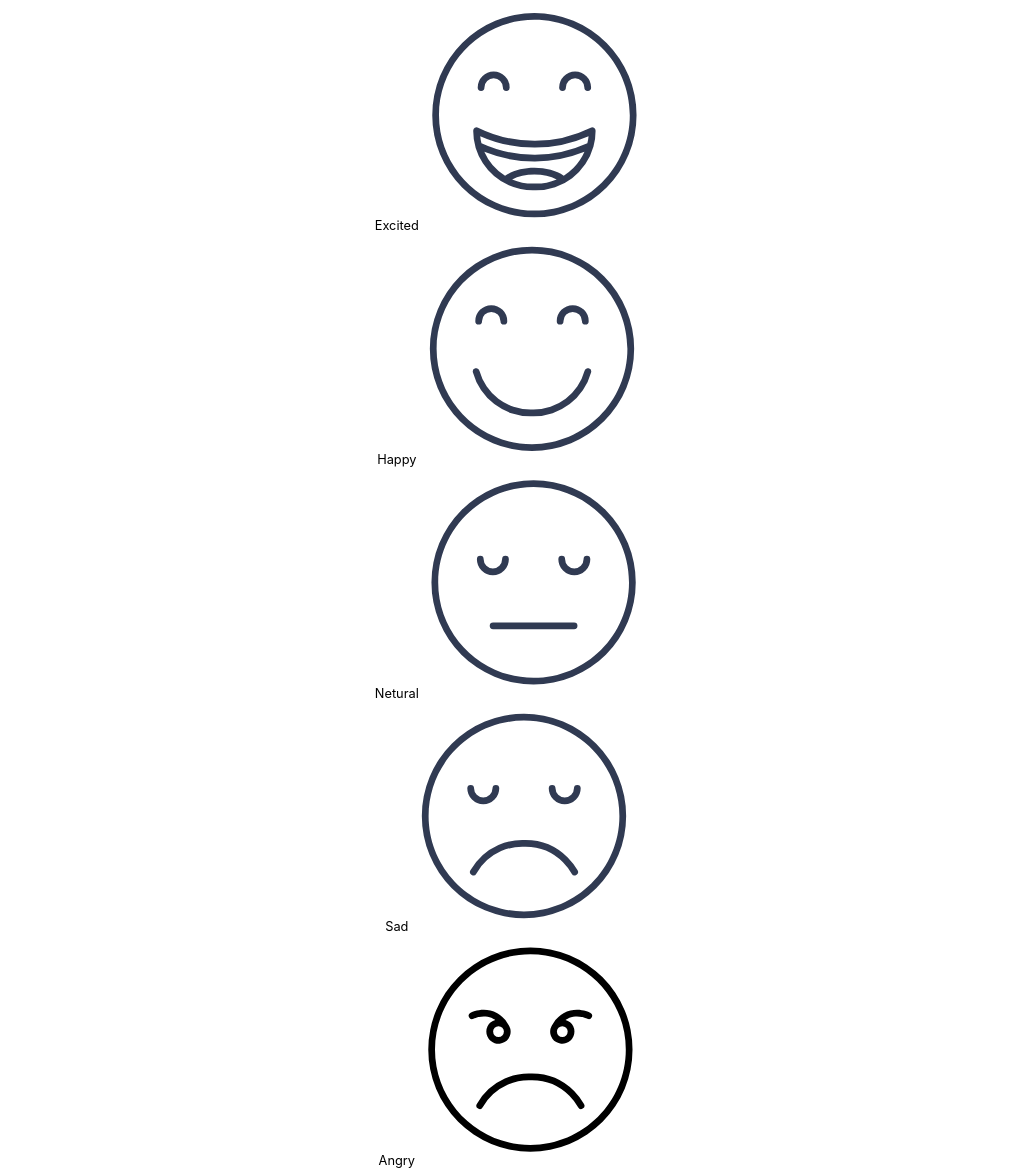
Repository: majakesin/moodify-app
Page: /
The author's editor kept a copy of each file at every save. The page is drawn from the files as they stood at one save, then again after the next save.
The browser window is 1280 px wide. The pictures show the whole page, at 80% of full size.
The project was rebuilt for these pictures with package versions that can differ from the ones it lists, and the page was loaded fresh each time.

Above is the page before, as saved 2023-08-21 11:09:45.

After the next save:
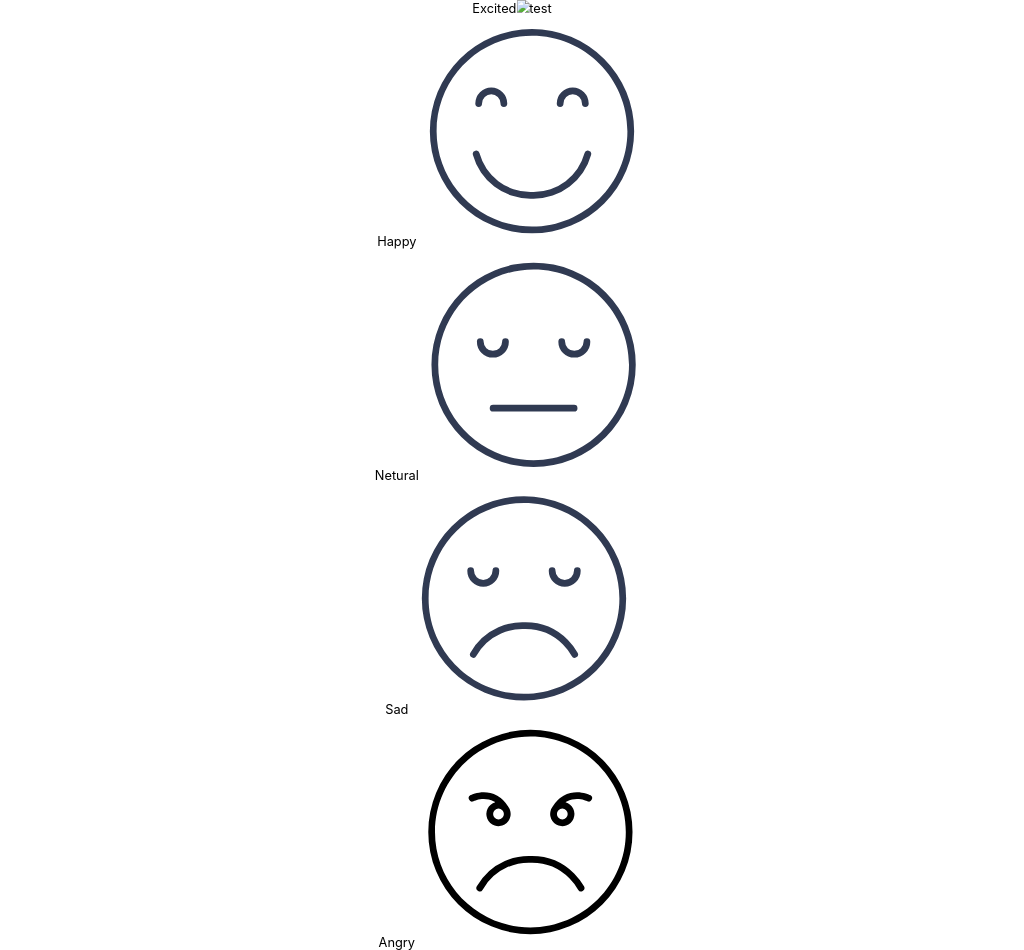
Saved 95 s later.
--- a/src/data/moods.js
+++ b/src/data/moods.js
@@ -1,6 +1,6 @@
 import Happy from 'src/images/happy.svg';
 import Angry from 'src/images/angry.svg';
-import Excited from 'src/images/excited.svg';
+import {ReactComponent as Excited} from 'src/images/excited.svg';
 import Neutral from 'src/images/neutral.svg';
 import Sad from 'src/images/sad.svg';
 
@@ -8,7 +8,7 @@ import Sad from 'src/images/sad.svg';
 export const moods = [
     {
         type: 'Excited',
-        icon: Excited,
+        Icon: Excited,
     },
     {
         type: 'Happy',
